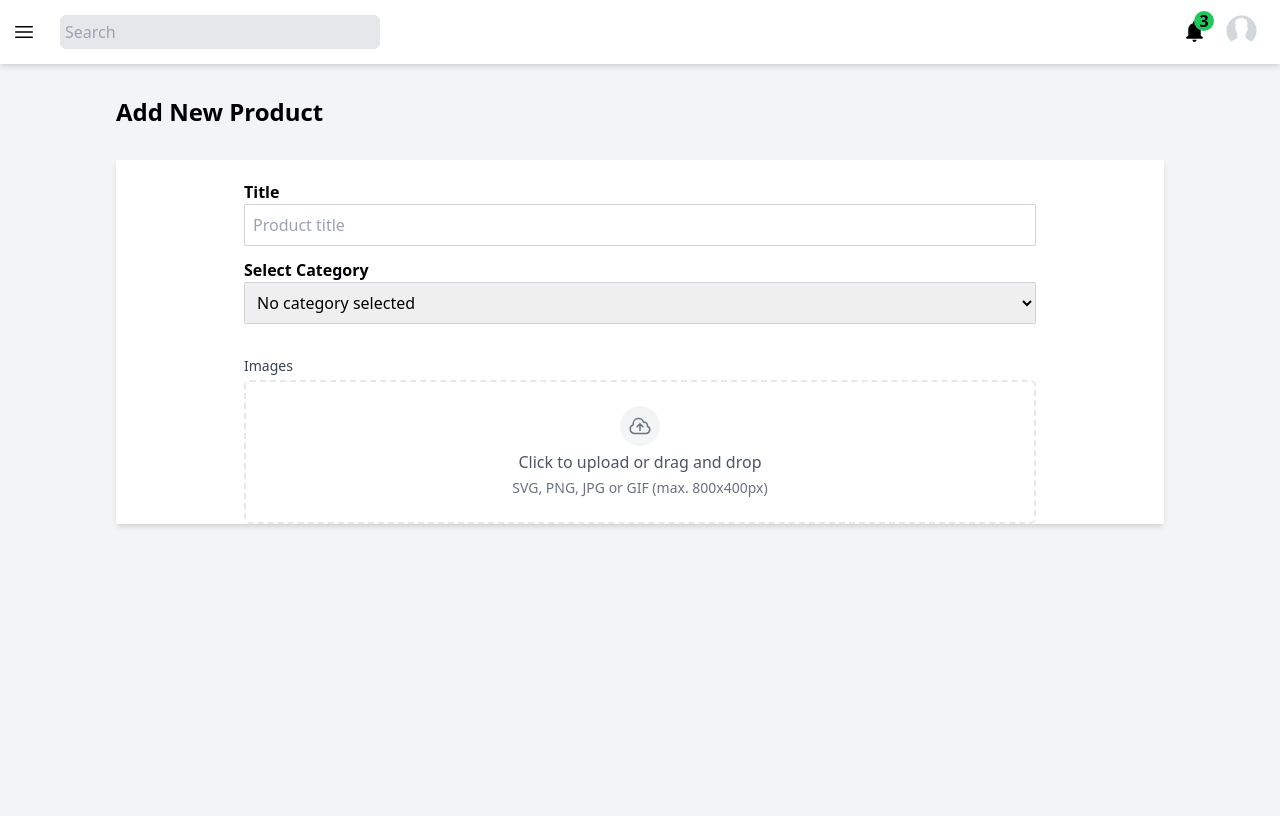
Repository: IssaMuiz/ifarmstock-admin
Page: /new-product
An editor plug-in stored every save of this project. The page is shown before and after the next save, followed by the edit.
The browser window is 1280 px wide. The pictures show the whole page.
The page's requests for data from a server got no answer. The project was rebuilt for these pictures with package versions that can differ from the ones it lists, and the page was loaded fresh each time. The framework's server and built-in components were replaced by stand-ins that run in the browser. No one was signed in, and anything a server would have sent is missing. Also part of the build but not shown: next.config.mjs.

Above is the page before, as saved 2024-10-13 00:05:48.

After the next save:
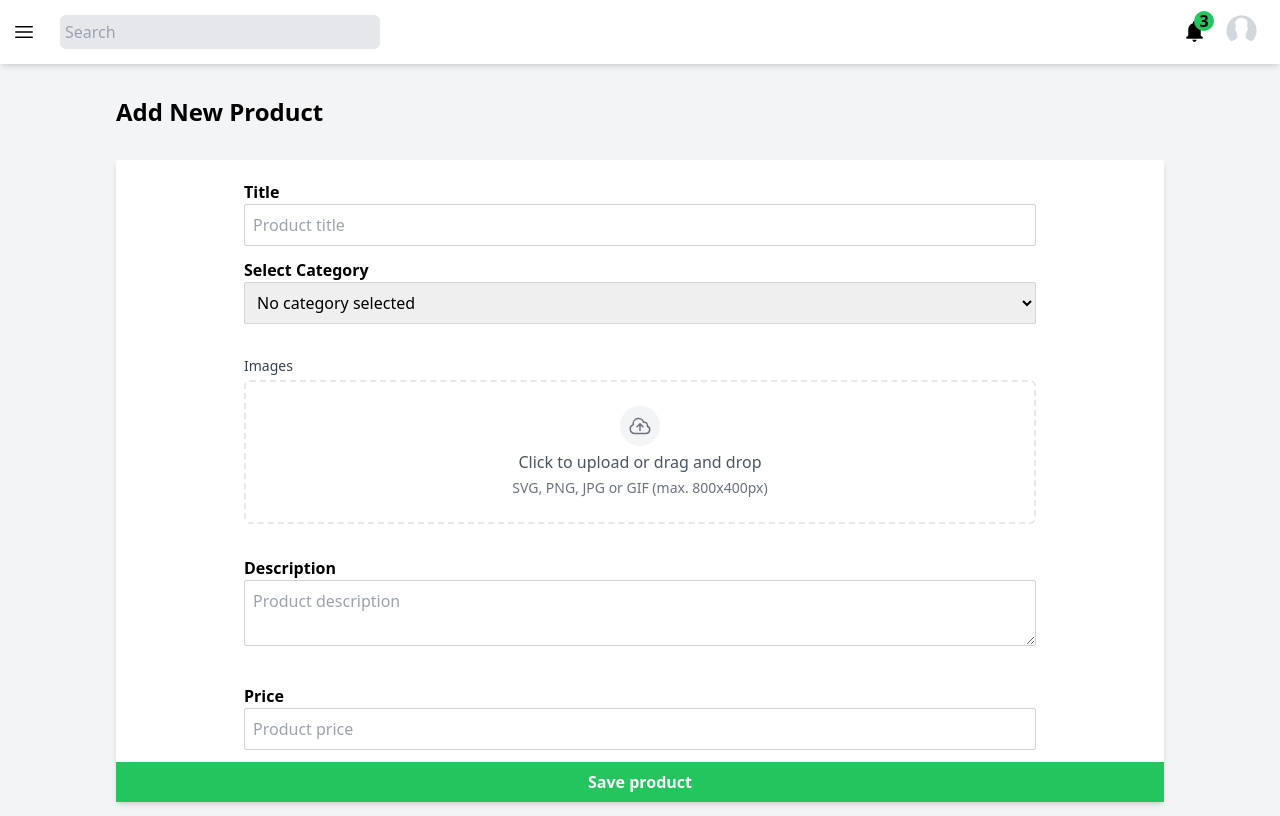
Saved 5 min 25 s later.
--- a/app/new-product/page.tsx
+++ b/app/new-product/page.tsx
@@ -62,6 +62,27 @@ const NewProduct = () => {
             <input type="file" className="sr-only" />
           </label>
         </div>
+        <div className="px-5 md:px-32 mb-3 pt-5">
+          <label className="text-md font-semibold">Description</label>
+          <textarea
+            placeholder="Product description"
+            className="w-full border border-gray-300 rounded-sm p-2"
+          />
+        </div>
+        <div className="px-5 md:px-32 mb-3 pt-5">
+          <label className="text-md font-semibold">Price</label>
+          <input
+            type="number"
+            placeholder="Product price"
+            className="w-full border border-gray-300 rounded-sm p-2"
+          />
+        </div>
+        <button
+          type="submit"
+          className="p-2 w-full hover:bg-green-600 bg-green-500 text-white font-semibold"
+        >
+          Save product
+        </button>
       </form>
     </section>
   );
